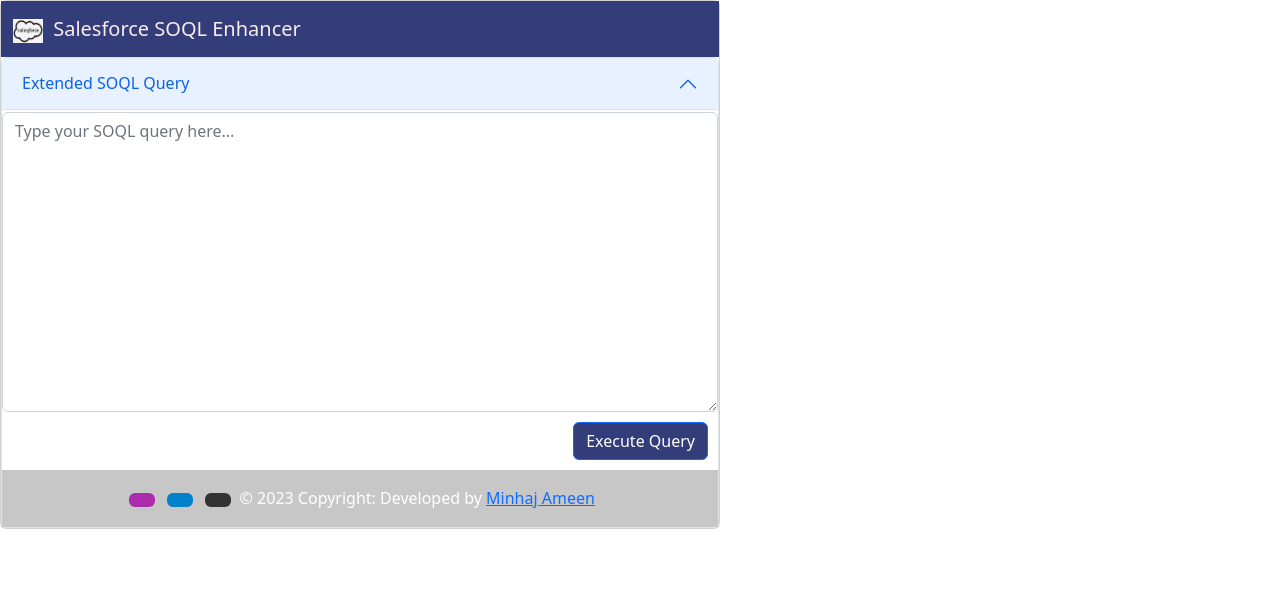
Repository: anweshpargi/salesforceExtension
Page: popup.html
These files come from the project's save history. The page is drawn as it stood at one moment and after the next save; the edit follows.
The browser window is 1280 px wide. The pictures show the whole page.
Some web libraries are served in a nearby version.

Above is the page before, as saved 2023-08-28 10:59:56.
Not found: js/jsforce.js
Not found: path/to/font-awesome/css/font-awesome.min.css

### popup.html
<!DOCTYPE html>
<html lang="en">

<head>
    <meta charset="UTF-8">
    <meta http-equiv="X-UA-Compatible" content="IE=edge">
    <meta name="viewport" content="width=device-width, initial-scale=1.0">
    <link rel="stylesheet" href="bootstrap/css/bootstrap.min.css">

    <script src="bootstrap/js/bootstrap.min.js" type="text/javascript"></script>
    <script src="js/jsforce.js" type="text/javascript"></script>
    <link rel="stylesheet" href="path/to/font-awesome/css/font-awesome.min.css">


    <!-- JavaScript Bundle with Popper -->

    <title> Salesforce Test Class Data Generator</title>
</head>


<body style="width: 720px">
    <div class="card">
        <nav class="navbar" style="background-color: #333D79FF;">
            <div class="container-fluid">
                <a class="navbar-brand" style="color: #FAEBEFFF;" href="#">
                    <img src="/icon.png" alt="Logo" width="30" height="24" style="margin-right: 5px;"
                        class="d-inline-block">
                    Salesforce SOQL Enhancer
                </a>
            </div>
        </nav>

        <div class="accordion" id="accordionExample">
            <div class="accordion-item">
                <h2 class="accordion-header" id="headingOne">
                    <button class="accordion-button" type="button" data-bs-toggle="collapse"
                        data-bs-target="#collapseOne" aria-expanded="true" aria-controls="collapseOne">
                        Extended SOQL Query
                    </button>
                </h2>
                <div id="collapseOne" class="accordion-collapse collapse show" aria-labelledby="headingOne"
                    data-bs-parent="#accordionExample">

                    <div class="">
                        <textarea style="margin-top: 2px; height: 300px;" class="form-control"
                            placeholder="Type your SOQL query here..." id="floatingtextarea"></textarea>
                    </div>
                    <div style="text-align: right; margin: 10px;">
                        <span id="loader" style="display: none;">
                            <span class="spinner-border text-primary"  role="status"></span>
                            <span style="color: darkblue;"> &nbsp; Processing wait... </span>
                            <span style="color: darkblue;" id="count">  </span>&nbsp;
                        </span>
                        <span>
                            <button class="btn btn-success"  style="display: none;" id="downloadExcel" type="">Download Excel</button>
                        </span>
                        <button class="btn btn-primary" style="background-color: #333D79FF;"  id="getbutton" type="">Execute Query</button>
                    </div>
                </div>

                <div class="bg-light text-center text-white">

                    <div class="text-center p-3" style="background-color: rgba(0, 0, 0, 0.2);">


                      <!-- Instagram -->
                      <a
                        class="btn text-white btn-floating m-1"
                        style="background-color: #ac2bac;"
                        href="https://www.instagram.com/_spartann__/"
                        role="button"
                        ><i class="fab fa-instagram"></i
                      ></a>

                      <!-- Linkedin -->
                      <a
                        class="btn text-white btn-floating m-1"
                        style="background-color: #0082ca;"
                        href="#!"
                        role="button"
                        ><i class="fab fa-linkedin-in"></i
                      ></a>

                      <!-- Github -->
                      <a
                        class="btn text-white btn-floating m-1"
                        style="background-color: #333333;"
                        href="#!"
                        role="button"
                        ><i class="fab fa-github"></i
                      ></a>
                      © 2023 Copyright: Developed by
                      <a class="" href="https://www.instagram.com/_spartann__/"> Minhaj Ameen</a>
                    </div>

                </div>

            </div>
        </div>
    </div>

</body>
<script type="text/javascript" src="js/popup.js"></script>
<script type="text/javascript" src="js/xlsx.full.min.js"></script>
<!-- <script src='https://kit.fontawesome.com/a076d05399.js' crossorigin='anonymous'></script> -->


</html>

### js/popup.js
//store connection... con object
var conn = undefined;
var inputQuery = undefined;

console.log('popup js loaded succesfully')
document.querySelector('#getbutton').addEventListener('click', () => {
  console.log('XLSX ' + XLSX);
  console.log('method invoked on button click')
  chrome.tabs.query({ active: true, currentWindow: true }, (tabs) => {
    console.log('inside tabs query')
    var tab = tabs[0]
    var instanceUrl = tab.url.split('.')[0] + '.my.salesforce.com'
    console.log(tab)
    var domainUrl = new URL(tab.url)
    var sessionId = undefined
    if (
      tab.url &&
      (tab.url.includes('.lightning.force.com') ||
        tab.url.includes('.salesforce.com'))
    ) {
      var port = chrome.runtime.connect({ name: 'knockknock' })
      port.postMessage({ host: instanceUrl.replace('https://', '') })
      port.onMessage.addListener(function (msg) {
        console.log('response from backgroundjs' + msg.ssid)
        sessionId = msg.ssid
        if (sessionId) {
          console.log('session id received  ', sessionId)
          conn = new jsforce.Connection({
            serverUrl: instanceUrl,
            instanceUrl: instanceUrl,
            sessionId: sessionId,
            version: '50.0',
          }) //jsforce
          console.log('connection', conn)
          getQueryInput()
        } else {
          alert('Salesforce Session Not found')
        }
      })
    } else {
      alert(
        'Not a Salesforce Domain!, Keep Salesforce Tab Active and Run again',
      )
    }
  })
})

function getQueryInput() {
  try {
    if (conn) {
      inputQuery = document
        .querySelector('#floatingtextarea')
        .value.replace(/\s\s+/g, ' ')
        .trim()
      console.log('Input query by user >> ' + inputQuery)
      processQuery(inputQuery);
    } else {
      alert('Connection not available')
    }
  } catch (error) {
    alert('Something went wrong ' + error.name)
  }
}

var records = [];
var processedQueries = [];
var recordCount = 0;
var countElement = undefined;

async function processQuery(query) {
  countElement = document.getElementById('count');
  recordCount = 0;
  records = [];
  processedQueries = [];
  try {
    isDisableExecute(true);
    showDownloadExcel(false);
    showSpinner(true);
    var match = query.match(/\(([^)]+)\)/i)
    if (match && query.length > 4000) {
      console.log('match and lenght pass');
      var valuesString = match[1];
      console.log('valuesString>> ' + valuesString);
      var valuesList = valuesString.split(',');

      var batchSize = 100;

      for (let i = 0; i < valuesList.length; i += batchSize) {
        // Slice a batch of values
        var batch = valuesList.slice(i, i + batchSize);
        // Join batch values with commas to create a new values string
        var batchValuesString = batch.join(',');

        // Replace values within parentheses with the batch values
        var modifiedQuery = query.replace(valuesString, batchValuesString);
        //console.log('modifiedQurery  >>' + modifiedQuery);
        // Store the modified query in the processedQueries array
        processedQueries.push(modifiedQuery);
        console.log('count ' + i);
        await executeQueryToDatabase(modifiedQuery);
      }
      console.log('final records length ' + records.length);
      console.log('records stingify ' + JSON.stringify(records));
      showSpinner(false);
      showDownloadExcel(true);
      isDisableExecute(false);
      //return processedQueries;
      //executeQueryToDatabase(query);
    } else {
      executeQueryToDatabase(query);
      showSpinner(false);
      showDownloadExcel(true);
      isDisableExecute(false);
    }
  } catch (error) {
    showSpinner(false);
    isDisableExecute(false);
    showDownloadExcel(false);
    alert(error.name)
    console.log(error)
  }
}

async function executeQueryToDatabase(inputQuery) {
  console.log('modified Query ' + inputQuery);
  var query = await conn
    .query(inputQuery)
    .on('record', function (record) {
      // console.log('@@ records push' + record.length)
      ++recordCount;
      console.log('@@@ ' + recordCount);
      countElement.innerHTML = recordCount;
      let { attributes, ...rec } = record;
      records.push(rec);
      // console.log('records output' + records)
    })
    .on('end', function () {
      console.log('@@ total in database : ' + query.totalSize)
      console.log('@@ total fetched : ' + query.totalFetched)
    })
    .on('error', function (err) {
      alert('ERROR NAME: ' + err.name)
      console.error(err)
    })
    .run({ autoFetch: true, maxFetch: 100000 })
}


document.querySelector('#downloadExcel').addEventListener('click', function() {
  console.log('clicked button excel');
  const exportButton = document.getElementById('downloadExcel');
  console.log('exportButton  ' + exportButton);
  console.log('XLSX' + XLSX);

  // const data = [
  //   { Name: 'John', Age: 30 },
  //   { Name: 'Jane', Age: 25 }
  // ];


  const ws = XLSX.utils.json_to_sheet(records);
  const wb = XLSX.utils.book_new();
  XLSX.utils.book_append_sheet(wb, ws, 'Sheet1');

  // Convert the workbook to an ArrayBuffer
  const wbArrayBuffer = XLSX.write(wb, { bookType: 'xlsx', type: 'array' });

  // Create a Blob from the ArrayBuffer
  const blob = new Blob([wbArrayBuffer], {
    type: 'application/vnd.openxmlformats-officedocument.spreadsheetml.sheet'
  });

    const url = URL.createObjectURL(blob);

    const a = document.createElement('a');
    a.href = url;
    const currentDatetime = new Date().toISOString().replace(/[-:.]/g, '');

    const encodedFileName = encodeURIComponent(`exported_data_${currentDatetime}.xlsx`);

    a.download = encodedFileName;
    a.click();

    // Clean up
    setTimeout(function() {
      URL.revokeObjectURL(url);
    }, 0);
    alert(`${encodedFileName} downloaded succefully`);
});

function showSpinner(isShow){
  if(isShow){
    console.log('isshowspinner true');
    document.getElementById('loader').style.display = "inline";
  }else{
    document.getElementById('loader').style.display = "none";
  }
}

function showDownloadExcel(isShow){
  if(isShow){
    document.getElementById('downloadExcel').style.display = "inline";
  }else{
    document.getElementById('downloadExcel').style.display = "none";
  }
}

function isDisableExecute(isDisable){
    document.getElementById('getbutton').disabled = isDisable;
}

Loaded but not shown: bootstrap/css/bootstrap.min.css (library); bootstrap/js/bootstrap.min.js (library); js/xlsx.full.min.js (library)

After the next save:
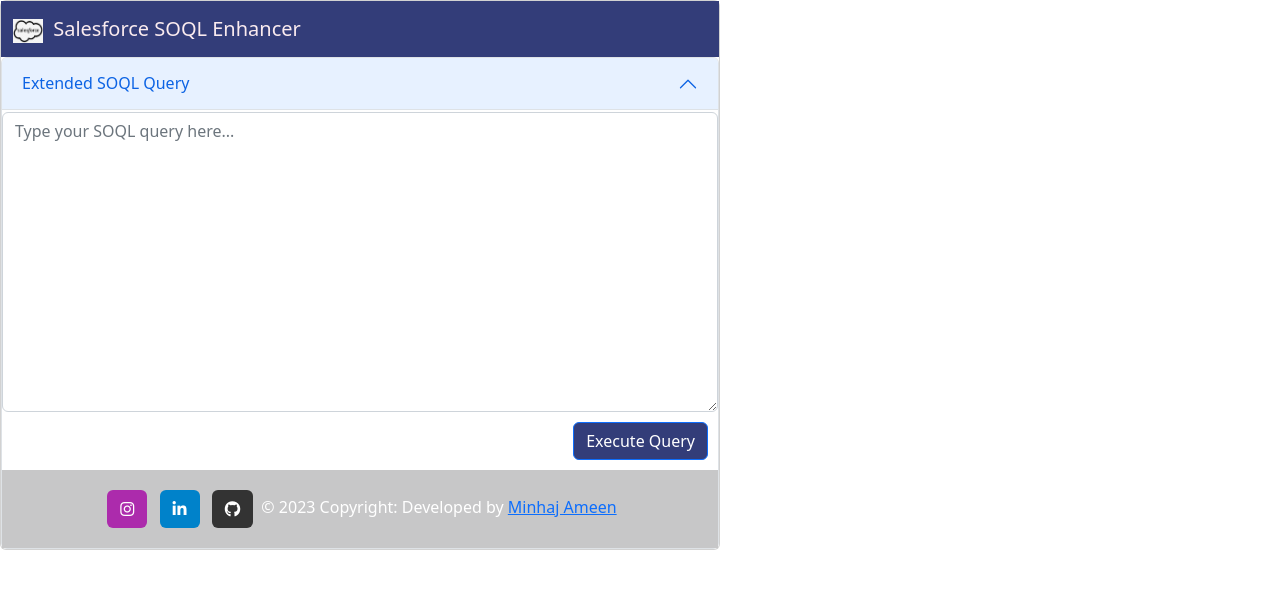
Saved 22 h 31 min later.
--- a/popup.html
+++ b/popup.html
@@ -9,8 +9,9 @@
 
     <script src="bootstrap/js/bootstrap.min.js" type="text/javascript"></script>
     <script src="js/jsforce.js" type="text/javascript"></script>
-    <link rel="stylesheet" href="path/to/font-awesome/css/font-awesome.min.css">
 
+
+    <script src="https://kit.fontawesome.com/2bad70dabe.js" crossorigin="anonymous"></script>
 
     <!-- JavaScript Bundle with Popper -->
 
